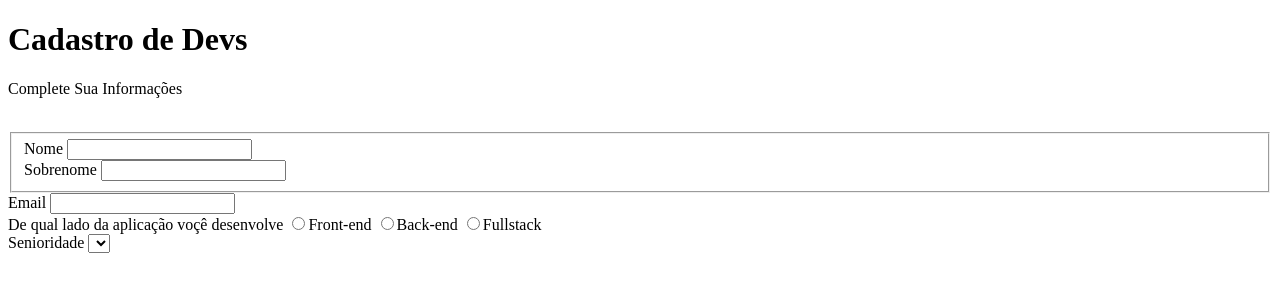
Repository: 2020francesco/formulario
Page: formulario.html
An editor plug-in stored every save of this project. The page is shown before and after a run of saves, followed by the edit.
The browser window is 1280 px wide. The pictures show the whole page.

Above is the page before, as saved 2021-04-20 11:50:26.

After the next 4 saves:
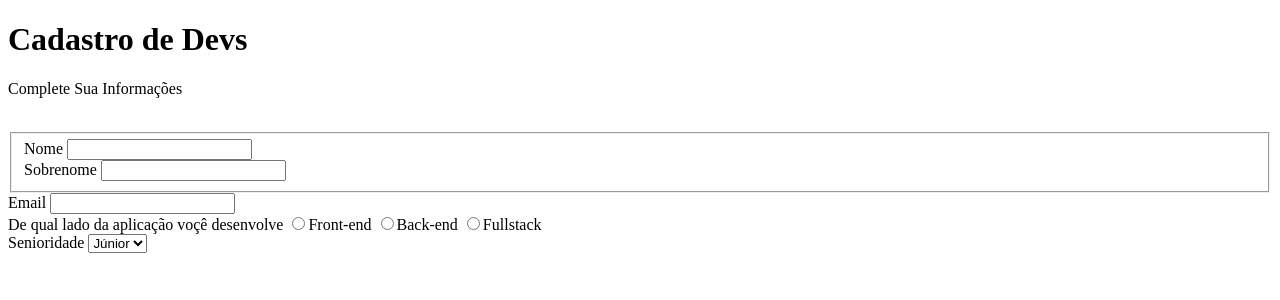
The 4 saves are shown as one change because they came seconds apart.
The last was saved 12 s later.
--- a/formulario.html
+++ b/formulario.html
@@ -50,7 +50,7 @@
       <div>
         <label>Senioridade</label>
         <select id="senioridade">
-
+          <option>Júnior</option>
         </select>
       </div>
     </form>
